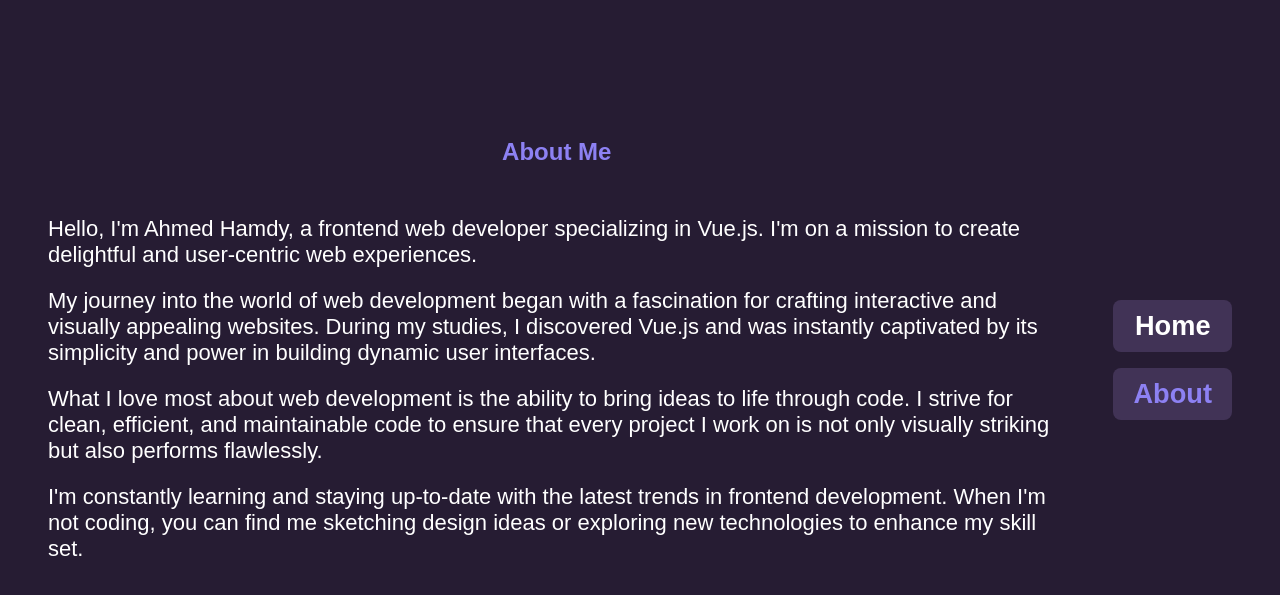
Repository: ahamdy997/portfolio
Page: /about
These files come from the project's save history. The page is drawn as it stood at one moment and after the next save; the edit follows.
The browser window is 1280 px wide. The pictures show the whole page.
The project was rebuilt for these pictures with package versions that can differ from the ones it lists, and the page was loaded fresh each time. Also part of the build but not shown: vue.config.js, src/components/HelloWorld.vue, src/views/HomeView.vue.

Above is the page before, as saved 2023-11-05 22:55:56.

After the next save:
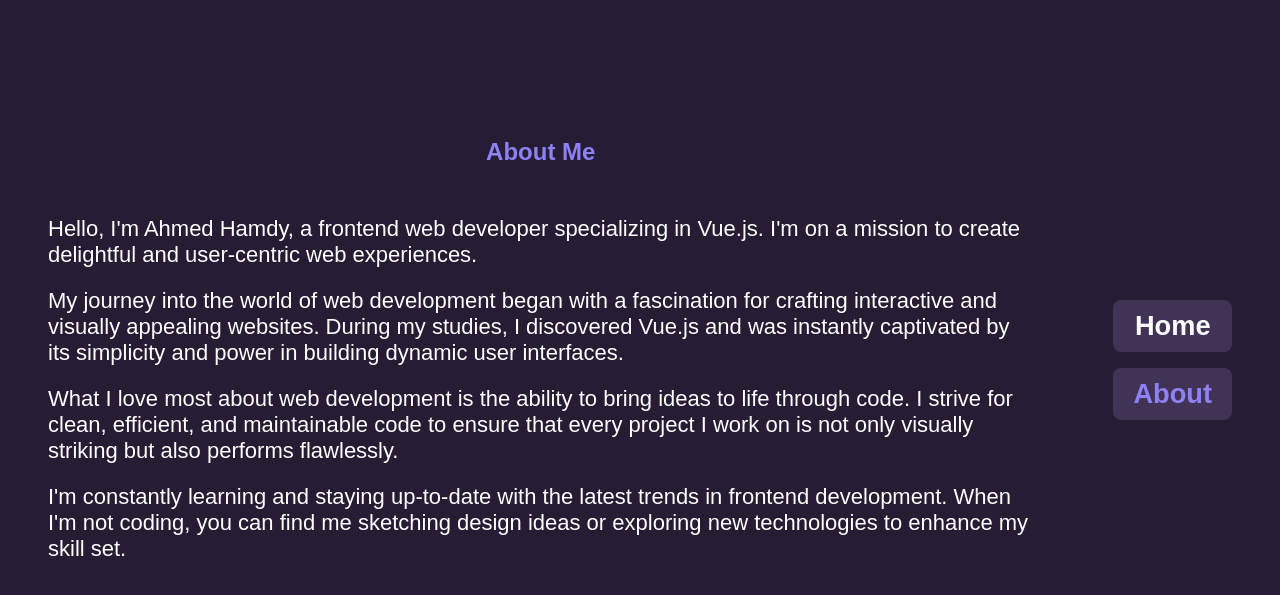
Saved 4 s later.
--- a/src/App.vue
+++ b/src/App.vue
@@ -28,7 +28,7 @@
   align-items: center;
   justify-content: space-between;
   padding: 3rem;
-  gap: 3rem;
+  gap: 5rem;
 }
 header {
   font-size: 1.7rem;
